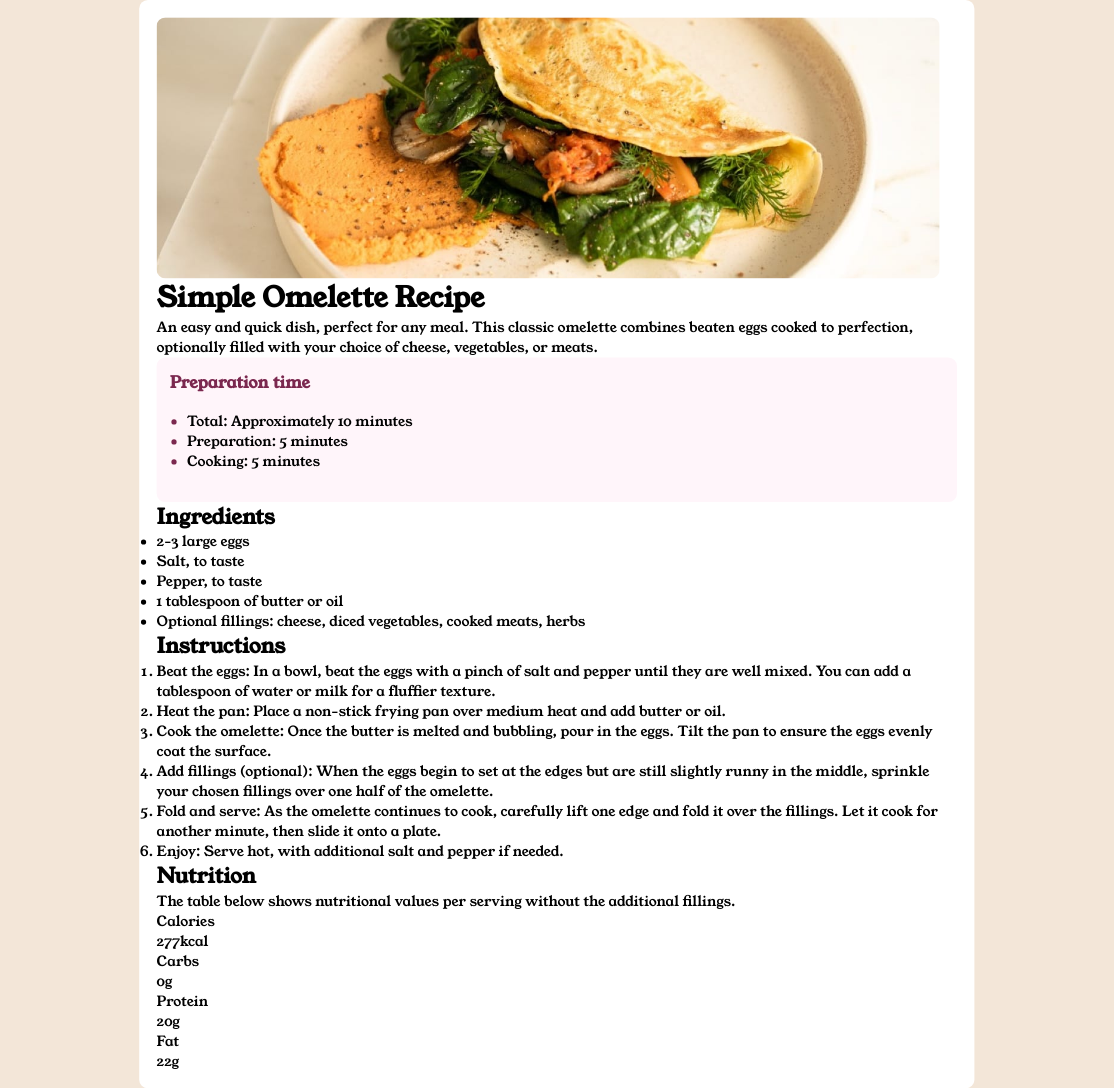
Repository: reemoon-ctrl/mine-recipe-page-main
Page: index1.html
An editor plug-in stored every save of this project. The page is shown before and after the next save, followed by the edit.
The browser window is 1280 px wide. The pictures show the whole page, at 87% of full size.

Above is the page before, as saved 2024-08-11 14:42:44.

After the next save:
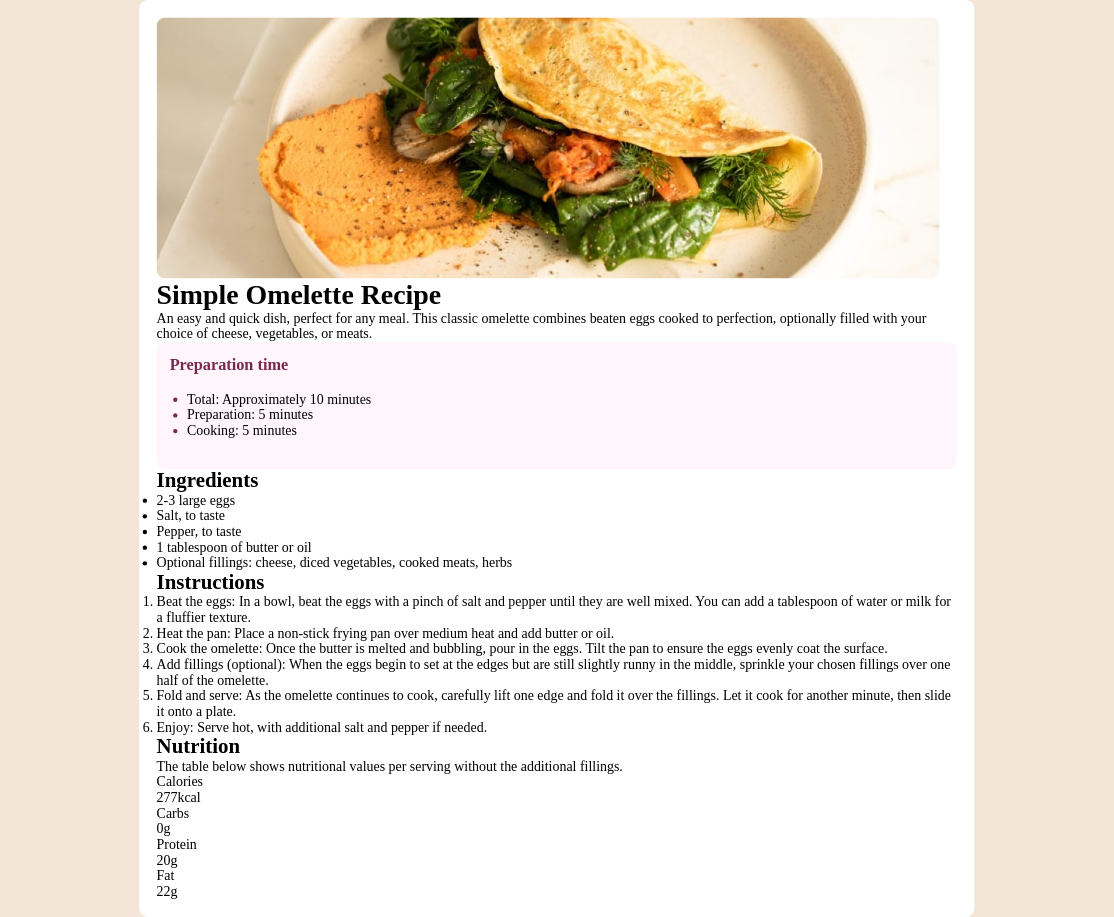
Saved 30 s later.
--- a/style.css
+++ b/style.css
@@ -5,9 +5,7 @@
 }
 body{
     background: hsl(30, 54%, 90%);
-    font-family: "Young Serif", serif;
-    font-weight:lighter;
-    font-style:normal;
+
 }
 .rec-img{
 
